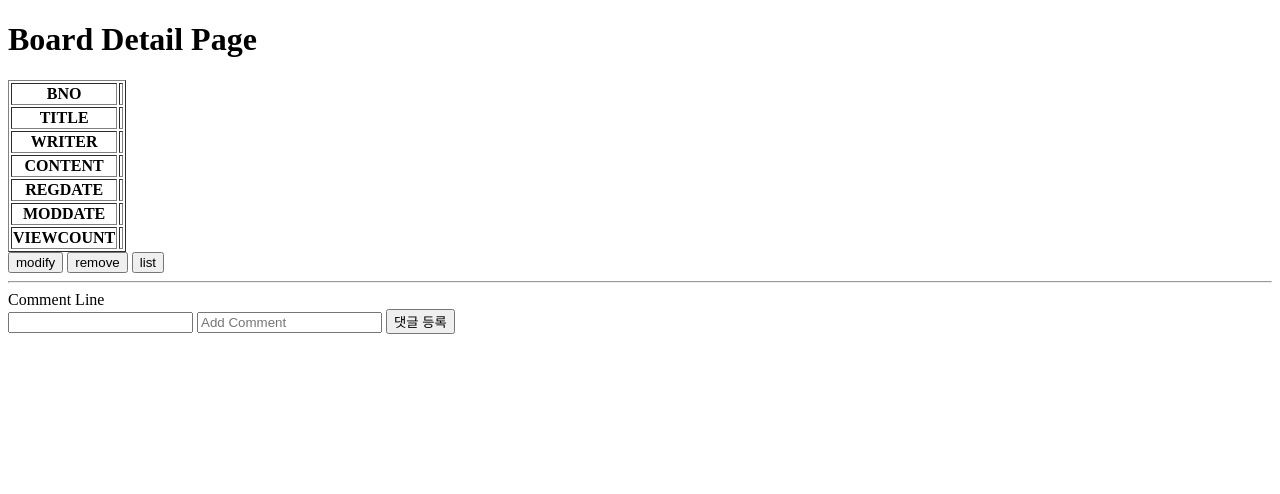
Repository: dfhdfhdfsza/_jsp_workspace3
Page: http://localhost/jsp_project/board/detail.jsp
These files come from the project's save history. The page is drawn as it stood at one moment and after the next save; the edit follows.
The browser window is 1280 px wide. The pictures show the whole page.
The page is served by Tomcat 9. Other server files are loaded and not shown. The template is opened directly, without the code that normally fills it, so the values that code supplies are empty.

Above is the page before, as saved 2023-09-15 08:41:58.

### jsp_project/src/main/webapp/board/detail.jsp
<%@ page language="java" contentType="text/html; charset=UTF-8"
    pageEncoding="UTF-8"%>
<!DOCTYPE html>
<html>
<head>
<meta charset="UTF-8">
<title>Insert title here</title>
</head>
<body>
	<h1>Board Detail Page</h1>
	<table border="1">
		<tr>
			<th>BNO</th>
			<td>${bvo.bno}</td>
		</tr>
		<tr>
			<th>TITLE</th>
			<td>${bvo.title}</td>
		</tr>
		<tr>
			<th>WRITER</th>
			<td>${bvo.writer}</td>
		</tr>
		<tr>
			<th>CONTENT</th>
			<td>${bvo.content}</td>
		</tr>
		<tr>
			<th>REGDATE</th>

			<td>${bvo.regdate}</td>
		</tr>
		<tr>
			<th>MODDATE</th>
			<td>${bvo.moddate}</td>
		</tr>
		<tr>
			<th>VIEWCOUNT</th>
			<td>${bvo.viewcnt}</td>
		</tr>
	</table>
	<a href="/brd/modify?bno=${bvo.bno}"><button type="button">modify</button></a>
	<a href="/brd/remove?bno=${bvo.bno}"><button type="button">remove</button></a>
	<a href="/brd/list"><button type="button">list</button></a>

	<br><hr>
	<div>
		Comment Line <br>
		<input type="text" id="cmtWriter" value="${ses.id}" readonly="readonly"> <!-- 비동기방식에서는 name을 달지 않고 id를 달아준다 -->
		<input type="text" id="cmtText" placeholder="Add Comment">
		<button type="button">댓글 등록</button>
	</div>
	<!-- 댓글 표시라인 -->

</body>
</html>

After the next save:
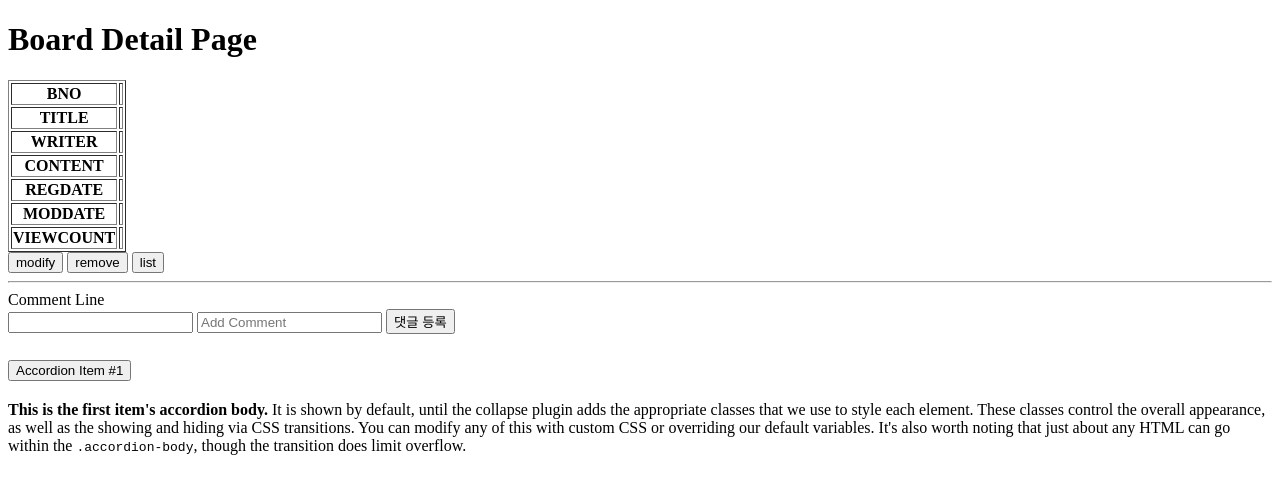
Saved 2 min 54 s later.
--- a/jsp_project/src/main/webapp/board/detail.jsp
+++ b/jsp_project/src/main/webapp/board/detail.jsp
@@ -51,6 +51,20 @@
 		<button type="button">댓글 등록</button>
 	</div>
 	<!-- 댓글 표시라인 -->
+	<div class="accordion" id="accordionExample">
+  		<div class="accordion-item">
+    	<h2 class="accordion-header">
+      	<button class="accordion-button" type="button" data-bs-toggle="collapse" data-bs-target="#collapseOne" aria-expanded="true" aria-controls="collapseOne">
+        Accordion Item #1
+      </button>
+    </h2>
+    <div id="collapseOne" class="accordion-collapse collapse show" data-bs-parent="#accordionExample">
+      <div class="accordion-body">
+        <strong>This is the first item's accordion body.</strong> It is shown by default, until the collapse plugin adds the appropriate classes that we use to style each element. These classes control the overall appearance, as well as the showing and hiding via CSS transitions. You can modify any of this with custom CSS or overriding our default variables. It's also worth noting that just about any HTML can go within the <code>.accordion-body</code>, though the transition does limit overflow.
+      </div>
+    </div>
+  </div>
+  </div>
 
 </body>
 </html>
